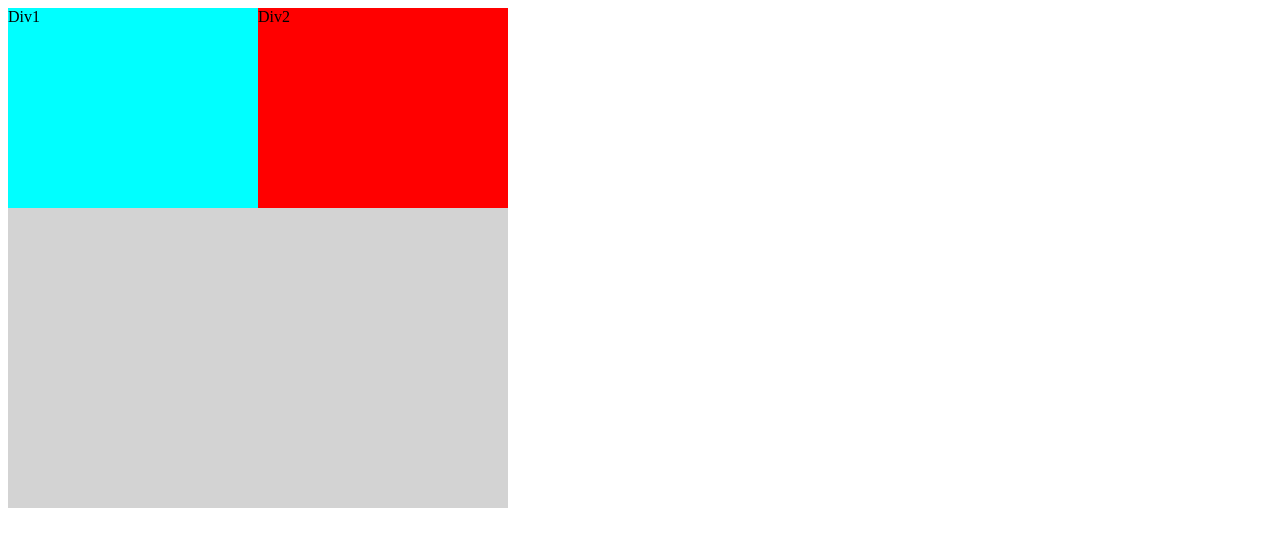
Repository: Sayan-100/Javascript
Page: Flex grow and shrink/index.html
The author's editor kept a copy of each file at every save. The page is drawn from the files as they stood at one save, then again after the next save.
The browser window is 1280 px wide. The pictures show the whole page.

Above is the page before, as saved 2021-12-31 14:50:24.

After the next save:
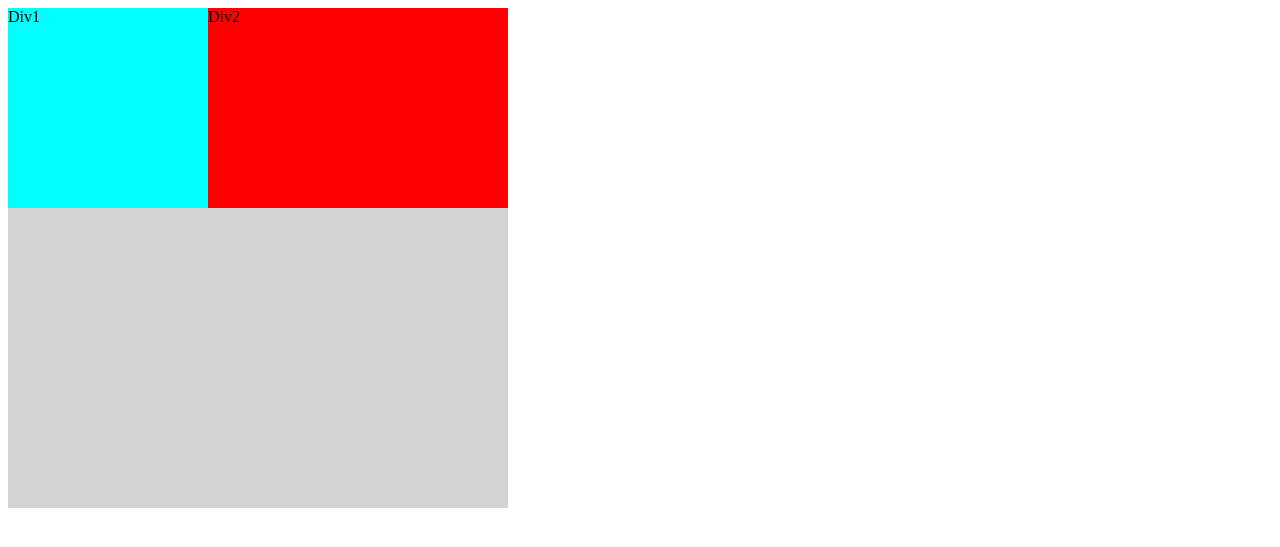
Saved 99 s later.
--- a/Flex grow and shrink/style.css
+++ b/Flex grow and shrink/style.css
@@ -13,7 +13,7 @@
 #div1 {
     background-color: cyan;
     /* adjust the containers such that they occupy the remaining spaces */
-    flex-grow: 1;
+    /* flex-grow: 1; */
 }
 
 #div2 {
